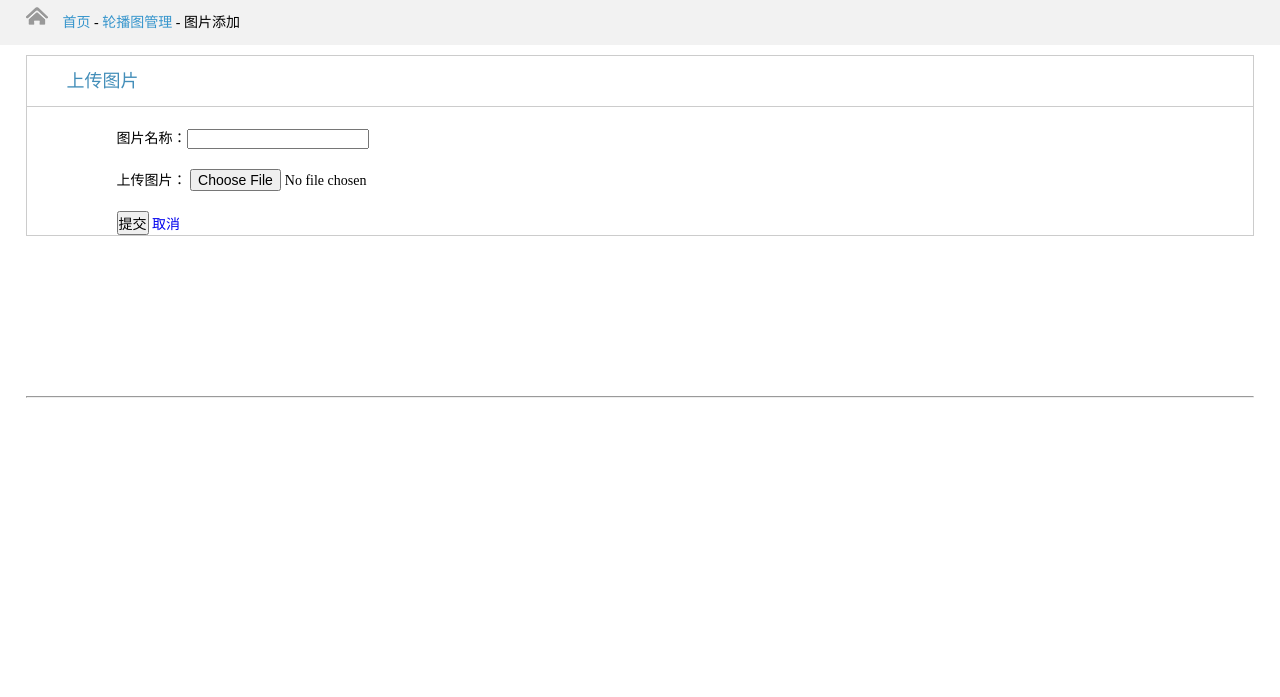
Repository: liaojingrui01/CarRepair
Page: http://localhost/CarWebPro/backstage/banneradd.jsp
The author's editor kept a copy of each file at every save. The page is drawn from the files as they stood at one save, then again after the next save.
The browser window is 1280 px wide. The pictures show the whole page.
The page is served by Tomcat 9.

Above is the page before, as saved 2019-07-03 07:37:12.

After the next save:
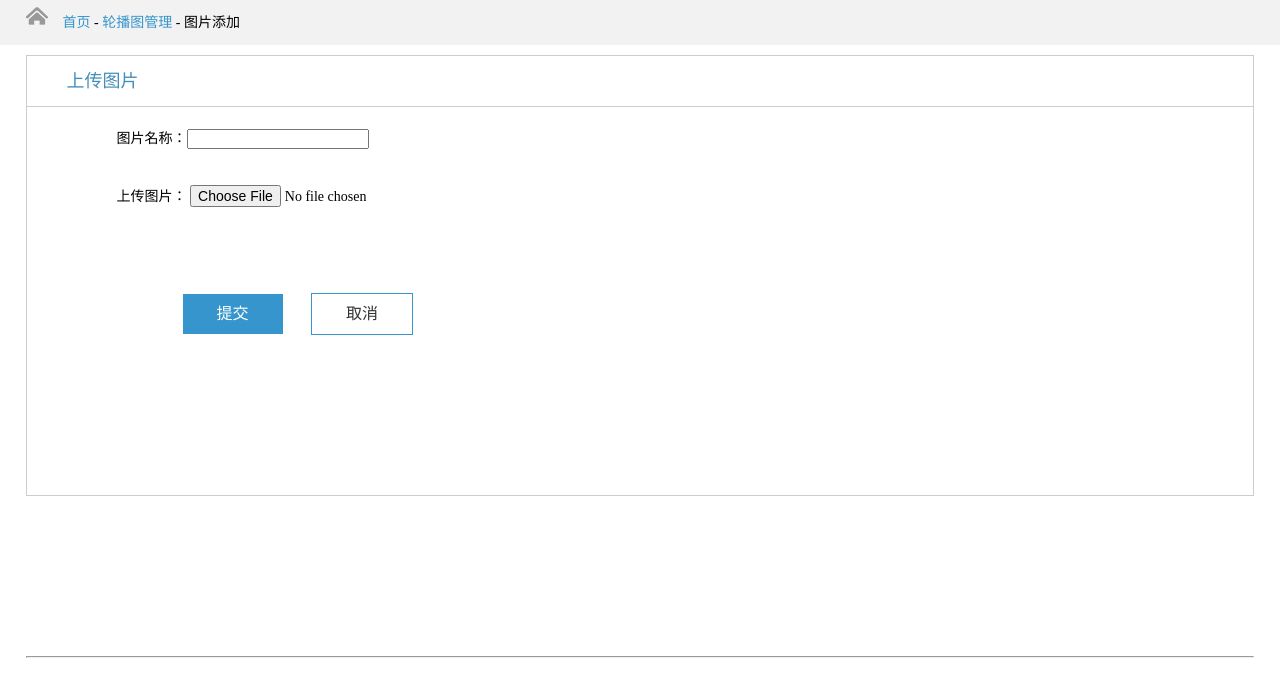
Saved 70 s later.
--- a/CarWebPro/WebContent/backstage/banneradd.jsp
+++ b/CarWebPro/WebContent/backstage/banneradd.jsp
@@ -4,7 +4,7 @@
 <html xmlns="http://www.w3.org/1999/xhtml">
 <head>
 <meta http-equiv="Content-Type" content="text/html; charset=utf-8" />
-<title>轮播图</title>
+<title>上传轮播图</title>
 <link rel="stylesheet" type="text/css" href="/CarWebPro/backstage/css/css.css" />
 <script type="text/javascript" src="./js/jquery.min.js"></script>
 </head>
@@ -26,19 +26,16 @@
 				<div class="baBody" >
 					<div class="bbD">
 						图片名称：<input type="text" name="bannerName">
-					</div>
+					</div><br />
 					<div class="bbD">
 						上传图片：
 						<input type="file" name="bannerImg">
-						<!-- <div class="bbDd">
-							<div class="bbDImg">+</div>
-						</div> -->
-					</div>
+					</div><br />
 					<div class="bbD">
-
-							<button type="submit" class="btn_ok btn_yes" >提交</button>
-							<a class="btn_ok btn_no" href="${pageContext.request.contextPath }/CarUrl?op=findall&name" target="main">取消</a>
-						<p class="bbDP"></p>
+						<p class="bbDP">
+							<button type="submit" class="btn_ok btn_yes">提交</button>
+							<a class="btn_ok btn_no" href="${pageContext.request.contextPath }/BanUrl?op=queryBanner" target="main" >取消</a>
+						</p>
 					</div>
 				</div>
 				</form>
